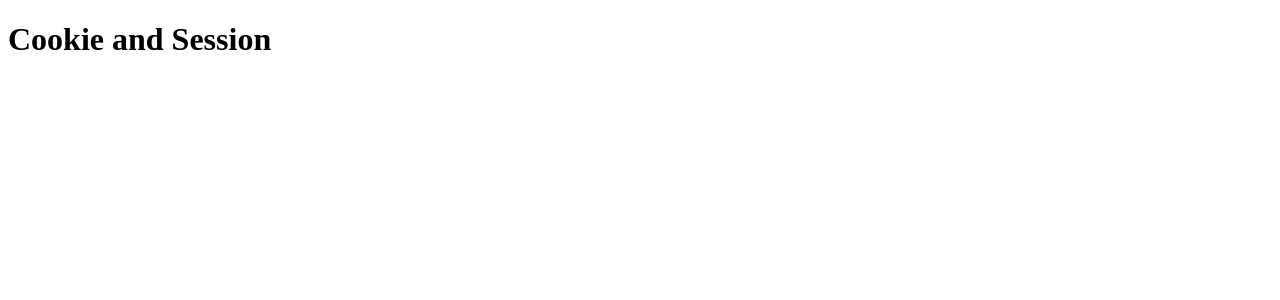
Repository: zxcvne/1400_web_nhs
Page: http://localhost/web/10_Cookie_Session.jsp
The author's editor kept a copy of each file at every save. The page is drawn from the files as they stood at one save, then again after the next save.
The browser window is 1280 px wide. The pictures show the whole page.
The page is served by Tomcat 10. Other server files are loaded and not shown.

Above is the page before, as saved 2025-10-26 08:08:51.

### 05_jsp/src/web/src/main/webapp/10_Cookie_Session.jsp
<%@ page language="java" contentType="text/html; charset=UTF-8"
    pageEncoding="UTF-8"%>
<!DOCTYPE html>
<html>
<head>
<meta charset="UTF-8">
<title>Cookie and Session</title>
</head>
<body>
	<h1>Cookie and Session</h1>
</body>
</html>

After the next save:
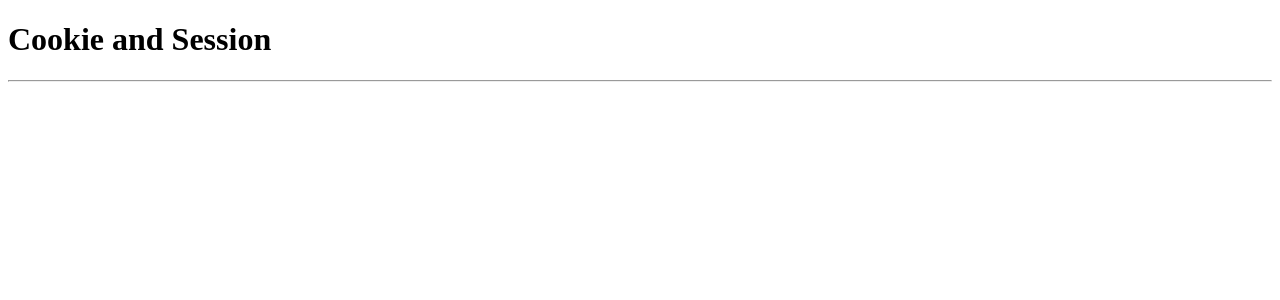
Saved 38 s later.
--- a/05_jsp/src/web/src/main/webapp/10_Cookie_Session.jsp
+++ b/05_jsp/src/web/src/main/webapp/10_Cookie_Session.jsp
@@ -8,5 +8,7 @@
 </head>
 <body>
 	<h1>Cookie and Session</h1>
+	<hr>
+	<form name ="myFrom"></form>
 </body>
 </html>
